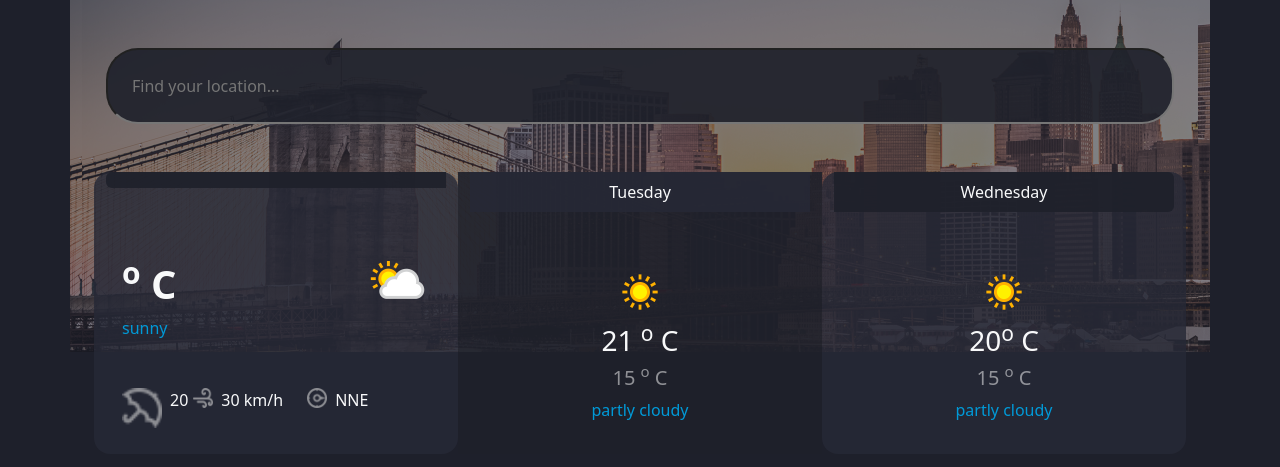
Repository: AmiraNabil97/WeatherApp
Page: index.html
The author's editor kept a copy of each file at every save. The page is drawn from the files as they stood at one save, then again after the next save.
The browser window is 1280 px wide. The pictures show the whole page.
The page's requests for data from a server got no answer.

Above is the page before, as saved 2023-08-28 22:27:38.

### index.html
<!DOCTYPE html>
<html lang="en">
<head>
    <meta charset="UTF-8">
    <meta name="viewport" content="width=device-width, initial-scale=1.0">
    <title>Document</title>
    <link rel="stylesheet" href="css/bootstrap.min.css">
    <link rel="stylesheet" href="css/all.min.css">
    <link rel="stylesheet" href="css/style.css">
</head>
<body>

        <div class="container">
            <div class="container text-center weatherApp px-4 py-5 ">

                <input type="text" class="w-100 mx-auto rounded-5 py-4 px-4 bg-main-color mb-5 text-white"
                    placeholder="Find your location..."
                     id="search" />
                <div class="row ">
                    <div class=" col-md-4 bg-sec-color m-0 rounded-4 item ">
                        <div class="d-flex justify-content-between py-2 px-3 bg-main-color text-light rounded-start"id="today-date">
                            <p id="today_date_day_name" class="my-auto"></p>
                            <span>
                                <span id="today_date_day_number" class="my-auto"></span>
                                <span id="today_date_month" class="my-auto"></span>
                            </span>
                        </div>
                        <div class="item-content text-start px-3 py-3 pt-5 text-light" id="today">
                            <p id="today_location" class="fs-4"></p>
                            <div class="d-flex justify-content-between align-items-center">
                                <span class="fs-1 fw-bolder">
                                    <span id="today_temp"></span>
                                    <span><sup>o</sup> C</span>
                                </span>
                                <img id="today_condition_img" src="images/116.png" alt="" />
                            </div>
                            <p id="today_condition_text" class="fs-6 text-light-blue">sunny</p>
                        </div>
                        <div class="item-footer d-flex text-light p-3">
                            <div class="d-flex me-3">
                                <img src="images/icon-umberella.png" class="footer-icons me-2" alt="" />
                                <p id="humidity">20</p>
                            </div>
                            <div class="d-flex me-3">
                                <img src="images/icon-wind.png" class="icons mx-2" alt="" />
                                <p id="wind">30 km/h</p>
                            </div>
                            <div class="d-flex">
                                <img src="images/icon-compass.png" class="icons mx-2" alt="" />
                                <p id="wind_direction">NNE</p>
                            </div>
                        </div>
                    </div>
                    <div class="item col-md-4 m-0 bg-main-color">
                        <div class="py-2 text-center bg-sec-color text-light" >
                            <p class="next_day_name my-auto">Tuesday</p>
                        </div>
                        <div class="item-content text-start text-light p-3 text-center pt-5">
                            <img  src="images/113.png" alt="">
                            <h3>
                                <span class="next_max_temp"></span>
                                <span> 21 <sup>o</sup> C</span>
                            </h3>
                            <h5 class="text-white opacity-50">
                                <span class="next_min_temp">15</span>
                                <span> <sup>o</sup> C</span>
                            </h5>
                            <p class="next_condition_text fs-6 text-light-blue">partly cloudy</p>
                        </div>
                    </div>
                    <div class="item col-md-4 m-0 bg-sec-color rounded-4">
                        <div class="py-2 text-center px-3 bg-main-color text-light rounded-end">
                            <p class="next_day_name my-auto">Wednesday</p>
                        </div>
                        <div class="item-content  text-light p-3 text-center pt-5 text-start">
                            <img src="images/113.png" alt="">
                            <h3>
                                <span class="next_max_temp"></span>
                                <span> 20<sup>o</sup> C</span>
                            </h3>
                            <h5 class="text-white opacity-50">
                                <span class="next_min_temp">15</span>
                                <span><sup>o</sup> C</span>
                            </h5>
                            <p class="next_condition_text fs-6 text-light-blue">partly cloudy</p>
                        </div>
                    </div>
                </div>
            </div>
        </div>








    <script src="js/jquery-3.7.0.min.js"></script>
    <script src="js/bootstrap.bundle.js"></script>
    <script src="js/main.js"></script>
</body>
</html>

### css/style.css
body
{
    background-color: rgb(30, 32, 43);
}

.logo-img
{
    width: 80px;
    height: 40px;
}

.small-fs
{
    font-size: 10px;
}

.fs-6
{
    font-size: 12px;
}

.container
{
    background-image: url(../images/banner.png);
    background-repeat: no-repeat;
}

.bg-main-color
{
    background-color: rgba(30, 32, 43, 0.905);
}

.bg-sec-color
{
    background-color:#262936d1;
}

.fs-big
{
    font-size: 84px;
    font-weight: bolder;
}

.icons
{
    width: 20px;
    height: 20px;
}

.text-light-blue
{
    color:#009ad8;
}

### js/main.js
/* <Today> */
let humidity = document.getElementById("humidity")
let wind = document.getElementById("wind")
let windDirection = document.getElementById("wind_direction")
let todayLocation = document.getElementById("today_location")
let todayName = document.getElementById("today_date_day_name")
let todayNumber = document.getElementById("today_date_day_number")
let todayMonth = document.getElementById("today_date_month")

let todayConditionText = document.getElementById("today_condition_text")

let todayTemp = document.getElementById("today_temp")
let todayConditionImg = document.getElementById("today_condition_img")


//< next day>
let nextConditionImg = document.getElementsByClassName("next_condition_img")
let nextConditionText = document.getElementsByClassName("next_condition_text")

let nextMaxTemp = document.getElementsByClassName("next_max_temp")
let nextMinTemp = document.getElementsByClassName("next_min_temp")
let nextDay = document.getElementsByClassName("next_day_name")

//< search>
let searchInput = document.getElementById("search")

// < API >
async function getWeatherData(cityName)
{
    let weatherResponse = await fetch(`https://api.weatherapi.com/v1/forecast.json?key=71dbd040c45b418aa92175158231802&q=${cityName}&days=3`)
    let weatherData = await weatherResponse.json()
    return weatherData
}
//  data of today
function displayTodayData(data)
{
    let todayDate = new Date()
    todayConditionText.innerHTML = data.current.condition.text
    humidity.innerHTML = data.current.humidity+"%"
    wind.innerHTML = data.current.wind_kph+"km/h"
    windDirection.innerHTML = data.current.wind_dir
    todayLocation.innerHTML = data.location.name

    todayTemp.innerHTML = data.current.temp_c
    todayConditionImg.setAttribute("src",data.current.condition.icon)
    todayName.innerHTML = todayDate.toLocaleDateString("en-US",{weekday:"long"})
    todayNumber.innerHTML = todayDate.getDate()
    todayMonth.innerHTML = todayDate.toLocaleDateString("en-US",{month:"long"})

}
//  next day data
function displayNextData(data)
{
    let forecastData = data.forecast.forecastday
    for(let i = 0 ; i < 2 ; i++)
    {
        let nextDate = new Date(forecastData[i+1].date)
        nextMinTemp[i].innerHTML = forecastData[i+1].day.mintemp_c
        nextConditionImg[i].setAttribute("src",forecastData[i+1].day.condition.icon)
        nextConditionText[i].innerHTML = forecastData[i+1].day.condition.text
    }
        nextDay[i].innerHTML = nextDate.toLocaleDateString("en-US",{weekday:"long"})
        nextMaxTemp[i].innerHTML = forecastData[i+1].day.maxtemp_c

}

async function startApp(city="london")
{
    let weatherData = await getWeatherData(city)
    if(!weatherData.error)
    {
        displayTodayData(weatherData)
        displayNextData(weatherData)
    }
}

startApp()
searchInput.addEventListener("input",function(){
    startApp(searchInput.value)
})

Loaded but not shown: css/bootstrap.min.css (library); css/all.min.css (library); js/jquery-3.7.0.min.js (library); js/bootstrap.bundle.js (library)

After the next save:
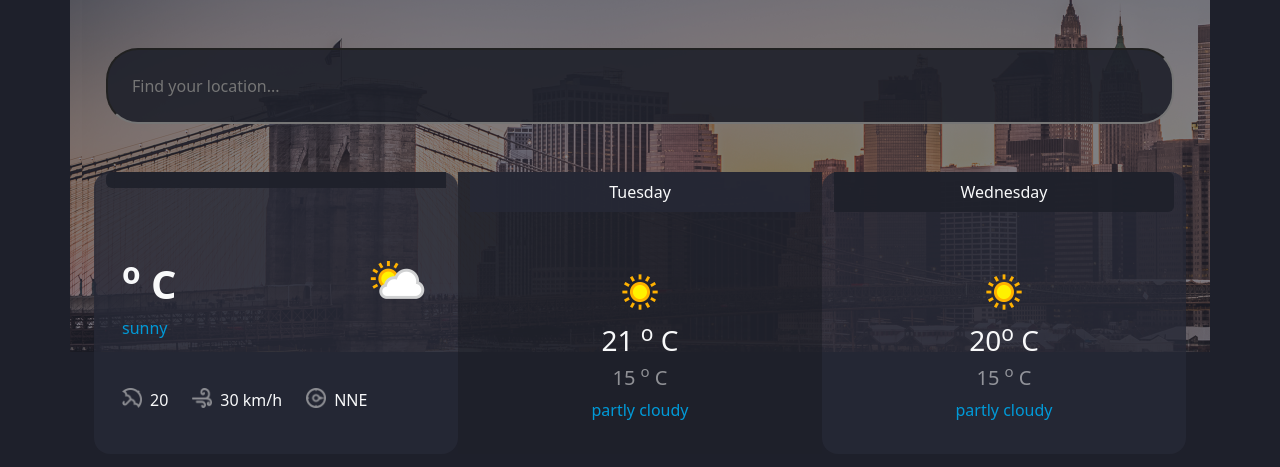
Saved 4 s later.
--- a/index.html
+++ b/index.html
@@ -38,7 +38,7 @@
                         </div>
                         <div class="item-footer d-flex text-light p-3">
                             <div class="d-flex me-3">
-                                <img src="images/icon-umberella.png" class="footer-icons me-2" alt="" />
+                                <img src="images/icon-umberella.png" class="icons me-2" alt="" />
                                 <p id="humidity">20</p>
                             </div>
                             <div class="d-flex me-3">
